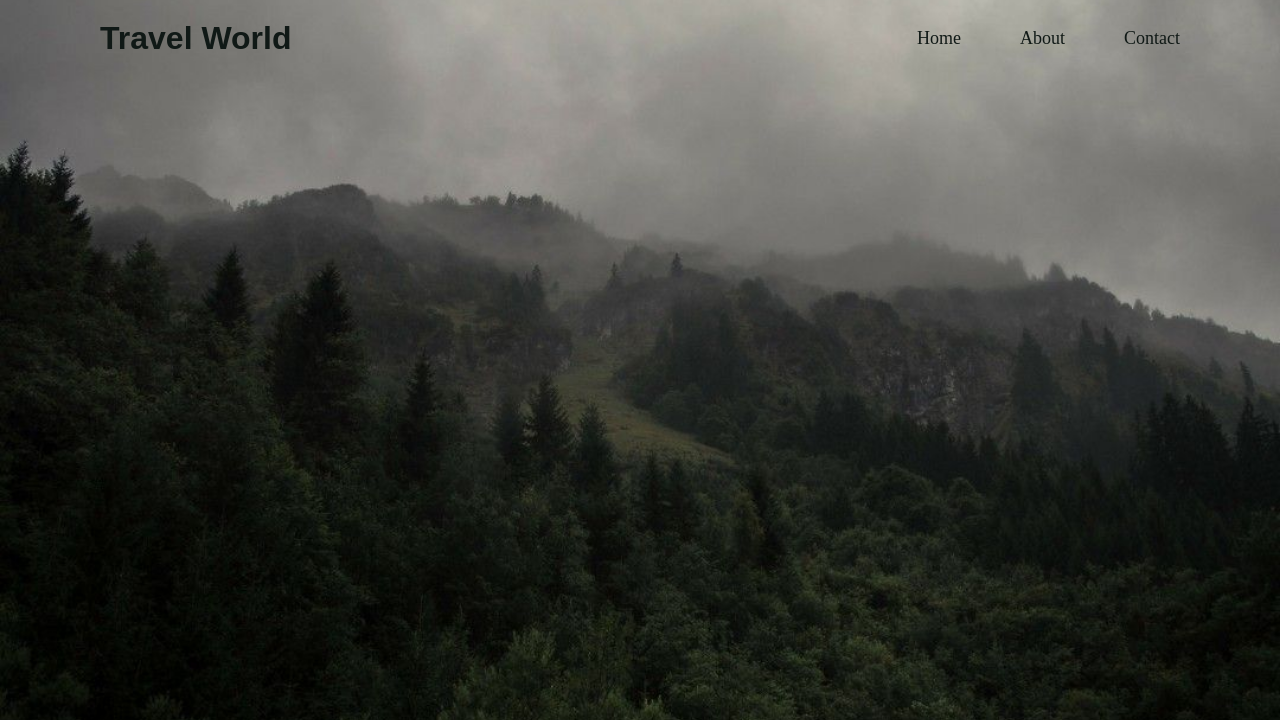
Repository: Haakim19/TravelWorld
Page: html/index.html
The author's editor kept a copy of each file at every save. The page is drawn from the files as they stood at one save, then again after the next save.
The browser window is 1280 px wide. The pictures show the whole page.

Above is the page before, as saved 2024-10-30 23:57:19.

After the next save:
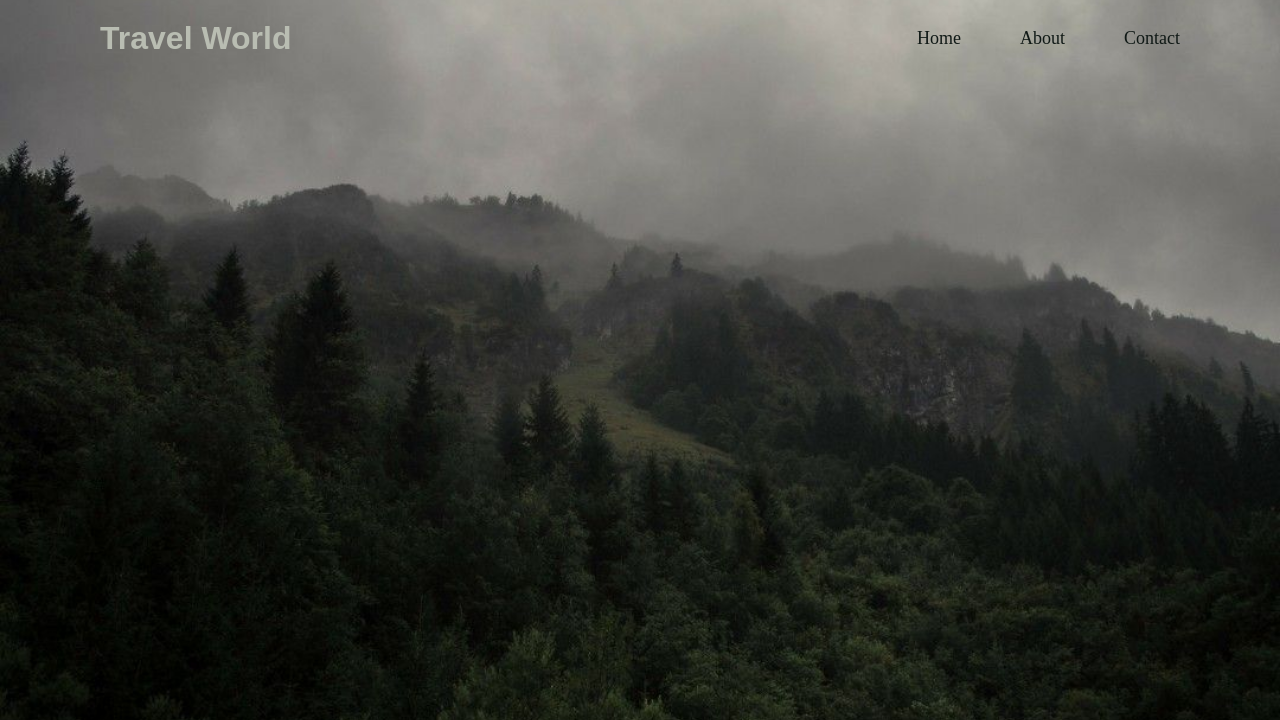
Saved 16 s later.
--- a/css/main.css
+++ b/css/main.css
@@ -37,11 +37,11 @@ body{
     color: var(--color2);
     text-decoration: none;
     font-weight: 700;
-    animation: animation 5s infinite;
+    animation: animation 2s infinite;
 }
 .name span{
     color: var(--color1);
-    animation: animation 5s infinite;
+    animation: animation 2S infinite;
 }
 @keyframes animation{
     From{
